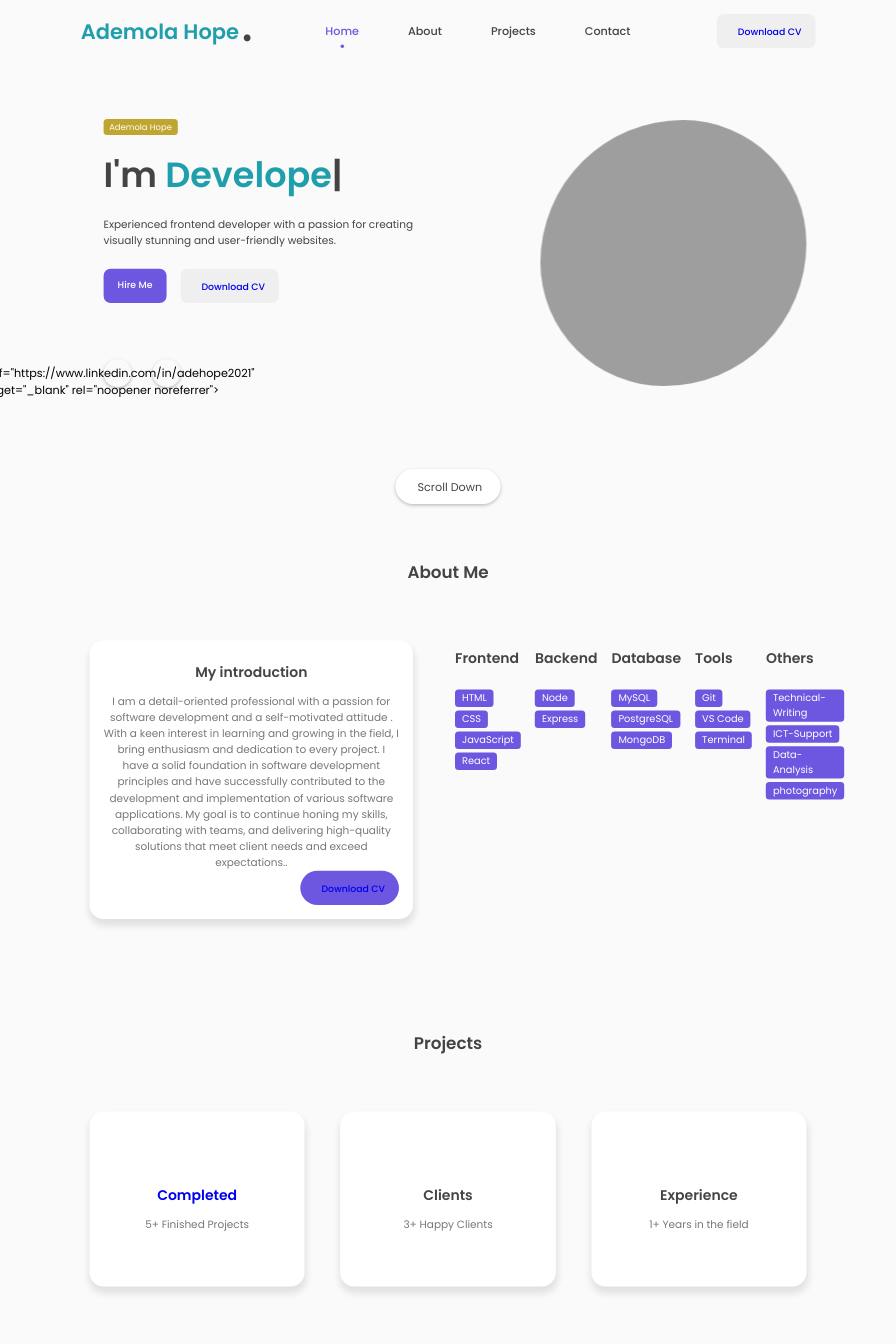
Repository: adehope1/My_Portfoilo
Page: index.html
The author's editor kept a copy of each file at every save. The page is drawn from the files as they stood at one save, then again after a run of saves.
The browser window is 1280 px wide. The pictures show the part of the page from y = 0 to 1920 px (the page is 2928 px tall), at 70% of full size.
Pictures or frames that could not be fetched are drawn as grey boxes. Some icons come from a web library that is not loaded, so they are not drawn.

Above is the page before, as saved 2024-09-02 15:00:33.
Not found: assets/css/style.css

After the next 3 saves:
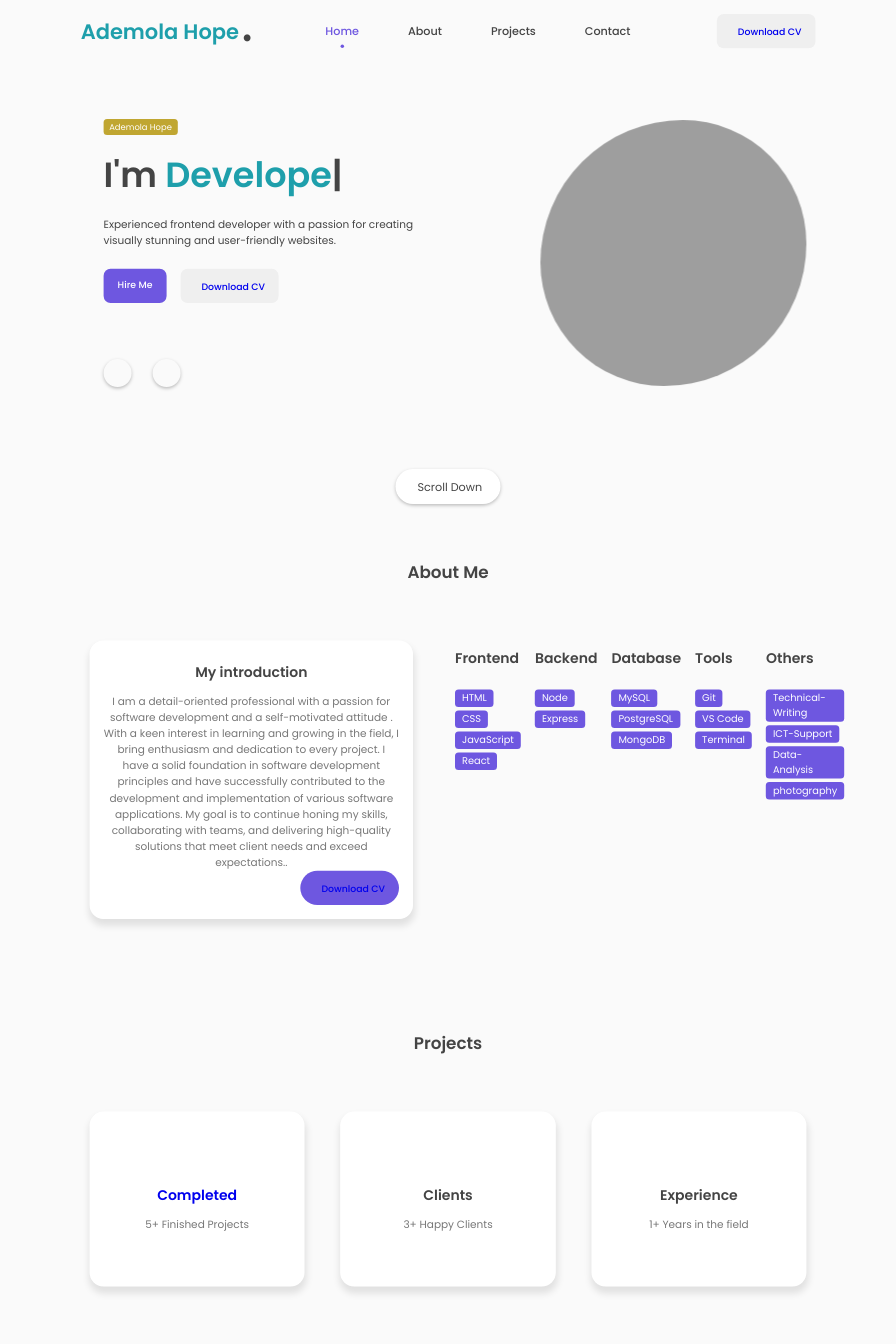
The 3 saves are shown as one change because they came seconds apart.
The last was saved 11 s later.
--- a/index.html
+++ b/index.html
@@ -74,7 +74,7 @@
                 <button class="btn"><i class="uil uil-file-alt"></i><a href="./assest/documents/tech-cve.pdf" download="tech-cve" style="text-decoration: none;">Download CV</a></button>
             </div>
             <div class="social_icons">
-                <div class="icon">< href="https://www.linkedin.com/in/adehope2021" target="_blank" rel="noopener noreferrer"><i class="uil uil-linkedin-alt"></i></div>
+                <div class="icon"><href="https://www.linkedin.com/in/adehope2021" target="_blank" rel="noopener noreferrer"><i class="uil uil-linkedin-alt"></i></hre></div>
                 <div class="icon"><a href="https://github.com/adehope1/" target="_blank"></a><i class="uil uil-github-alt"></i></div>
             </div>
           </div>
